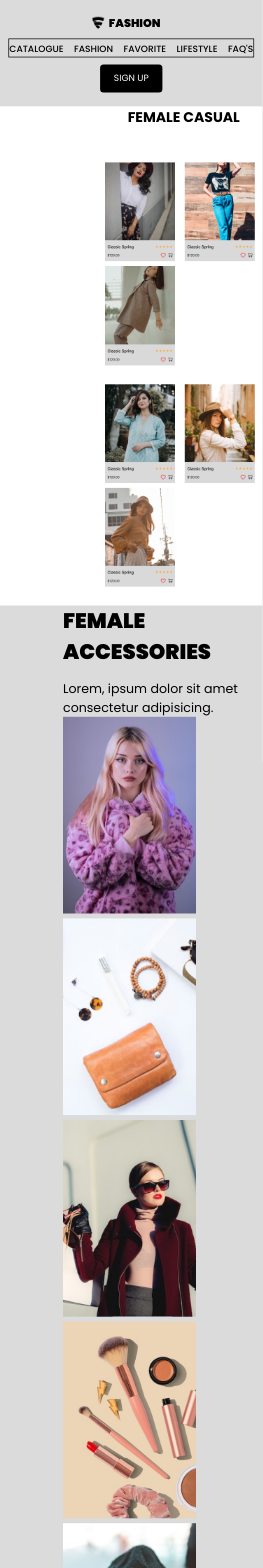
Repository: isaacCodes1/My-Project
Page: lifestyle.html
An editor plug-in stored every save of this project. The page is shown before and after the next save, followed by the edit.
The browser window is 375 px wide. The pictures show the part of the page from y = 0 to 2240 px (the page is 2752 px tall before and 3007 px after), at 70% of full size.

Above is the page before, as saved 2024-03-21 18:28:30.

### lifestyle.html
<!DOCTYPE html>
<html lang="en">
  <head>
    <meta charset="UTF-8" />
    <meta name="viewport" content="width=device-width, initial-scale=1.0" />
    <link rel="stylesheet" href="style.css" />
    <link rel="stylesheet" href="Media query.css" />
    <title>Lifestyle Page</title>
  </head>
  <body>
    <main>
      <header>
        <nav>
          <!--------- NavItems ------->
          <div class="image">
            <a href="index.html"
              ><img src="/Assets/Pics/Vector (3).png" />FASHION</a
            >
          </div>
          <div class="navItems">
            <ul>
              <li><a href="catalogue.html">CATALOGUE</a></li>
              <li><a href="fashion.html">FASHION</a></li>
              <li><a href="favourite.html">FAVORITE</a></li>
              <li>
                <a style="color: #000" href="lifestyle.html">LIFESTYLE</a>
              </li>
              <li><a href="FAQ.html">FAQ'S</a></li>
            </ul>
            <a href="form.html"><button>SIGN UP</button></a>
          </div>
        </nav>
      </header>
    </main>
    <section class="faetured">
      <div class="featuredTxt">
        <h1>FEMALE CASUAL</h1>
      </div>
      <div class="featuredImg">
        <img src="/Assets/Group 307.png" alt="" />
        <img src="/Assets/Group 308.png" alt="" />
        <img src="/Assets/Group 309.png " alt="" />
      </div>
    </section>
    <section class="faetured">
      <div class="featuredImg">
        <img src="/Assets/Group 310.png" alt="" />
        <img src="/Assets/Group 311.png" alt="" />
        <img src="/Assets/Group 312.png" alt="" />
      </div>
    </section>
    <section class="foot">
        <div class="genFoot">
          <div class="footTxt">
            <h1>FEMALE ACCESSORIES</h1>
            <p>Lorem, ipsum dolor sit amet consectetur adipisicing.</p>
          </div>
          <div class="footImg">
            <img src="/Assets/Purple girl.png" alt="" />
            <img src="/Assets/tools.png" alt="" />
            <img src="/Assets/Classy.png" alt="" />
            <img src="/Assets/Paint brush.png" alt="" />
            <img src="/Assets/Head.png" alt="" />
            <img src="/Assets/Heels.png" alt="" />
          </div>
        </div>
      </section>
  </body>
</html>

### style.css
@import url("https://fonts.googleapis.com/css2?family=Poppins:ital,wght@0,100;0,200;0,300;0,400;0,500;0,600;0,700;0,800;0,900;1,100;1,200;1,300;1,400;1,500;1,600;1,700;1,800;1,900&display=swap");
* {
  margin: 0;
  padding: 0;
  box-sizing: border-box;
  font-family: "Poppins", sans-serif;
}
nav {
  display: flex;
  align-items: center;
  justify-content: space-between;
  width: 100%;
  padding: 20px 40px;
}

.image a {
  display: flex;
  align-items: center;
  gap: 6px;
  text-decoration: none;
  color: #000;
  font-size: 16px;
  font-weight: 900;
}
.image a img {
  width: 16%;
}
.navItems {
  display: flex;
  gap: 30px;
  align-items: center;
}
.navItems ul {
  display: flex;
  gap: 30px;
  list-style: none;
}
.navItems ul li a {
  text-decoration: none;
  color: #000;
  font-size: 16px;
  font-weight: 500;
}
.navItems ul li a:hover {
  transform: scale(1.05);
  color: #ebd96b;
  font-style: italic;
  border: 1px solid #000;
  transition: 1s ease-in-out;
}
.navItems button {
  border: 0;
  background: #000;
  padding: 10px 20px;
  color: #fff;
  border-radius: 5px;
  font-size: 13px;
}
.navItems button:hover {
  transform: scale(1.05);
  transition: 1s ease-in-out;
  color: #000;
  background: rgb(137, 136, 136);
}
.welcome {
  font-size: 30px;
  font-weight: 900;
  font-style: oblique;
}
.firstPageCont {
  padding: 20px 40px;
}
.FirstPage {
  display: flex;
  flex: 1;
  width: 100%;
  height: 90vh;
  padding: 40px 10px 0px 10px;
  border-radius: 30px;
  background: #f4f6f5;
}
.txtCont {
  display: flex;
  flex: 0.5;
  flex-direction: column;
  gap: 10px;
  padding-left: 40px;
}

.txtCont h1 {
  font-size: 64px;
  font-weight: 900;
  width: 50%;
  line-height: 75px;
}

.txtCont p {
  font-size: 20px;
}
.txtBtn {
  display: flex;
  align-items: center;
  width: 80%;
  margin-top: 10px;
  gap: 10px;
}
.btns {
  border: 0;
  background: #000;
  padding: 10px 20px;
  color: #fff;
  border-radius: 5px;
  font-size: 19px;
}
.btns:hover {
  transform: scale(1.05);
  transition: 1s ease-in-out;
  color: #000;
  background: rgb(137, 136, 136);
}
.txtBtn img {
  width: 100px;
}
.imgCont {
  flex: 0.5;
  display: flex;
  position: relative;
}
.star1 {
  position: absolute;
  top: 5px;
  left: 10px;
}
.star1 img {
  width: 30px;
}
.star2 {
  position: absolute;
  top: 20px;
  left: 450px;
}
.star2 img {
  width: 30px;
}
.star3 {
  position: absolute;
  bottom: 10px;
  left: 70px;
}
.star3 img {
  width: 30px;
}
.star4 {
  position: absolute;
  bottom: 20px;
  left: 400px;
}
.star4 img {
  width: 30px;
}
.spn1 {
  display: flex;
  align-items: center;
  background-image: url(/Assets/Pics/rectangle1.png);
  background-size: cover;
  background-repeat: no-repeat;
  width: 100%;
  padding-left: 20px;
}
.spn2 {
  background-image: url(/Assets/Pics/Rectangle2.png);
  background-size: cover;
  background-repeat: no-repeat;
  padding-right: 50px;
  padding-left: 20px;
}
/* next Page */
.firstPageFooter {
  background: #ebd96b;
  padding: 20px 10px;
  display: flex;
  align-items: center;
  justify-content: center;
}
.logoCont {
  display: flex;
  justify-content: center;
  gap: 100px;
}
.logoCont img {
  width: 7%;
}
.nextPageCont {
  margin-top: 20px;
  padding: 20px 40px;
  display: flex;
  flex-direction: column;
  gap: 55px;
  margin-bottom: 50px;
}
.nextPageText {
  position: relative;
}
.nextPageText h1 {
  font-size: 38px;
  letter-spacing: 1px;
  font-weight: 900;
}
.nextPageText img {
  position: absolute;
  bottom: 5px;
  left: 200px;
  width: 10%;
  z-index: -1;
}
.prettyImages {
  display: flex;
  gap: 35px;
}

.prettyImg img {
  width: 100%;
}
.payDay {
  background: linear-gradient(
    1.32deg,
    #e0c340 0.13%,
    #dfc23e 3.97%,
    #e1c441 7.2%,
    #e3c743 10.13%,
    #e4c542 12.98%,
    #e6c744 15.99%,
    #e7c845 19.52%,
    #e5c643 23.96%,
    #e6c945 30.43%,
    #e3c743 36.49%,
    #e9ca48 42.49%,
    #edce49 49.35%,
    #f0d44c 55.42%,
    #f4d84f 61.43%,
    #f6da52 65.74%,
    #f7db53 72.23%,
    #f9dd55 77.43%,
    #f9df56 83.84%,
    #fae157 91.52%,
    #f9df56 97.87%
  );
}
.yellowTxt {
  flex-direction: column;
  margin-bottom: 10px;
}
.yellowTxt h1 {
  font-size: 65px;
  font-weight: 900;
}
.yellowTxt p {
  font-size: 22px;
  font-weight: 500;
}

.yellowImg img {
  flex: 0.5;
  display: flex;
  width: 600px;
  position: relative;
}

.genDiv {
  display: flex;
  align-items: center;
}
.btn1 {
  border: 0;
  background: #000;
  padding: 15px 25px;
  color: #fff;
  border-radius: 5px;
  font-size: 18px;
  font-weight: 500;
}
.btn:hover {
  transform: scale(1.05);
  transition: 1s ease-in-out;
  color: #000;
  background: rgb(137, 136, 136);
}
.spn3 {
  display: flex;
  background-image: url(/Assets/rectangle1.png);
  background-size: cover;
  background-repeat: no-repeat;
  width: 300px;
}
.nxtSect {
  margin-top: 20px;
  padding: 20px 40px;
  display: flex;
  flex-direction: column;
  gap: 50px;
  margin-bottom: 50px;
}
.Images2 {
  display: flex;
}
.prettyImg2 {
  position: relative;
}
.prettyImg2 img {
  width: 70;
  height: 500px;
  margin-left: 70px;
}
.nextPageCont2 {
  margin-top: 20px;
  padding: 20px 40px;
  display: flex;
  gap: 50px;
  margin-bottom: 50px;
  display: flex;
  justify-content: space-between;
  align-items: center;
}
.nextPageText2 {
  display: flex;
  flex-direction: column;
  margin-left: 50px;
}
.nextPageText2 p {
  margin-bottom: 30px;
  color: #898a89;
}
.nextPageText2 h1 {
  font-size: 30px;
  letter-spacing: 1px;
  font-weight: 900;
}
.nextPageText2 img {
  width: 30%;
  cursor: pointer;
  display: flex;
}
.store {
  display: flex;
  justify-content: space-between;
}
.store a img {
  width: 140px;
  gap: 50px;
}
.circle1 {
  position: absolute;
  right: 350px;
  bottom: 500px;
}
.circle1 img {
  width: 15px;
  height: 15px;
  display: flex;
}
.circley {
  position: absolute;
  right: 0;
  bottom: 470px;
}
.circley img {
  width: 30px;
  height: 30px;
}
.circleye {
  position: absolute;
  right: 400px;
  bottom: 60px;
}
.circleye img {
  width: 17px;
  height: 17px;
}
.circle2 {
  position: absolute;
  right: 0;
  bottom: 100px;
}
.circle2 img {
  width: 10px;
  height: 10px;
}
.elipses {
  position: absolute;
}
.bigC {
  position: absolute;
  right: -12px;
  bottom: 100px;
  z-index: -1;
}
.bigC img {
  width: 300px;
  height: 300px;
  background: transparent;
}

.largeC {
  position: absolute;
  right: -41px;
  bottom: 70px;
  z-index: -1;
}
.largeC img {
  width: 360px;
  height: 360px;
  /* background: transparent; */
}
.largeC1 {
  position: absolute;
  right: -70px;
  bottom: 50px;
  z-index: -1;
}
.largeC1 img {
  width: 420px;
  height: 400px;
}
.footerDiv {
  background: #e5c643;
  padding-bottom: 170px;
}
.h1footer {
  color: #fff;
  text-align: center;
  padding-top: 50px;
  font-size: 30px;
  font-weight: 1000;
}
.pFooter {
  display: flex;
  flex-direction: column;
  justify-content: center;
  align-items: center;
  text-align: center;
  color: #fff;
  font-size: 30px;
}

.input {
  background: #fff;
  width: 40%;
  padding: 5px 0px;
  border-radius: 10px;
}
.input input {
  background: none;
  border: 0;
  padding: 13px 0px 13px 0px;
  width: 76%;
  font-size: 17px;
  outline: 0;
}
.input a {
  font-size: 20px;
  text-decoration: 0;
  color: #fff;
  background: #000;
  padding: 10px 30px;
  border-radius: 5px;
}
.input a:hover {
  transform: scale(1.05);
  transition: 1s ease-in-out;
  color: #000;
  background: rgb(137, 136, 136);
}
.alert {
  border: 1px solid;
  text-decoration: none;
  font-size: 15px;
  background: blue;
  color: #fff;
  border-top-left-radius: 15px;
}
.alert:hover {
  background: black;
  color: #fff;
  border-top-left-radius: 5px;
  transition: 1s ease-in-out;
}
.footDiv {
  display: flex;
  background: #000;

  place-items: center;
  padding: 100px;
}

.footTxt {
  display: flex;
  flex-direction: column;
  gap: 15px;
}
.footTxt h1 {
  color: #fff;
  font-size: 30px;
  font-weight: 900;
}
.footTxt p {
  color: #777;
  font-size: 18px;
}
.socialIcons {
  display: flex;
  gap: 20px;
}

.icon {
  background: #ebd96b;
  width: 30px;
  display: flex;
  align-items: center;
  justify-content: center;
  height: 30px;
  border-radius: 8px;
}
.icon img {
  display: flex;
  align-items: center;
  width: 40px;
  place-items: center;
}
.btn33 {
  background: #000;
  color: #fff;
  padding: 15px;
  border-radius: 7px;
  border: 1px;
  font-size: 16px;
  transition: 1s ease-in-out;
}
.btn33:hover {
  color: #000;
  background: #dbdbdb;
}
.links {
  margin-left: 150px;
  padding-right: 20px;
  margin-bottom: 50px;
}
.links1 a {
  color: #fff;
  font-size: 18px;
  text-decoration: none;
}
.links2 a {
  text-decoration: none;
  color: #777;
  font-size: 11px;
}
.links1 {
  display: flex;
  flex-direction: column;
  color: #fff;
  font-size: 18px;
  margin-top: 0px;
}
.links2 {
  color: #777;
  font-size: 11px;
  padding-top: 5px;
}
.faetured {
  margin-bottom: 20px;
}
.faetured1 {
  margin-bottom: 50px;
}
.featuredTxt h1 {
  font-size: 40px;
  margin-left: 150px;
  margin-bottom: 50px;
}
.featuredImg {
  margin-left: 150px;
}
.featuredImg img {
  margin-right: 10px;
}
.welcome1 {
  font-size: 18px;
  font-weight: bold;
  font-style: italic;
}
.bee {
  margin-bottom: 40px;
}
.beeGen {
  background: url(/Assets/Background.png);
  background-repeat: no-repeat;
  display: flex;
}
.beetxt {
  color: #fff;
  margin-top: 70px;
}
.beetxt h1 {
  font-size: 30px;
  text-align: center;
}
.beetxt p {
  text-align: center;
  font-size: 15px;
}
.bbtn {
  border: 1px #fff;
  padding: 1px;
  font-size: 14px;
  margin-left: 200px;
  background: rgba(58, 56, 56, 0.274);
  transition: 1s ease-in-out;
}
.bbtn:hover {
  color: #000;
  background: #fff;
  transform: scale(1.05);
}
.sign {
  text-decoration: none;
}
.button2 {
  background-color: white;
  color: black;
  border-radius: 10em;
  font-size: 17px;
  font-weight: 600;
  padding: 1em 2em;
  cursor: pointer;
  transition: all 0.3s ease-in-out;
  border: 1px solid black;
  box-shadow: 0 0 0 0 black;
}

.button2:hover {
  transform: translateY(-4px) translateX(-2px);
  box-shadow: 2px 5px 0 0 black;
}

.button2:active {
  transform: translateY(2px) translateX(1px);
  box-shadow: 0 0 0 0 black;
}
.genFoot {
  background: #dbdbdb;
  padding-left: 90px;
}
.footTxt h1 {
  color: #000;
}
.footTxt p {
  color: #000;
}

### Media query.css
@media (max-width: 488px) {
  nav {
    flex-direction: column;
    gap: 10px;
    background: #dbdbdb;
  }
  .navItems {
    flex-direction: column;
    gap: 10px;
    color: #fff;
  }
  .navItems ul {
    gap: 15px;
    color: #fff;
    border: 1px solid #000;
  }
  .navItems ul li a {
    font-size: 13px;
  }
  .welcome {
    font-size: 20px;
  }
  .firstPageCont {
    padding: 0px;
  }
  .FirstPage {
    flex-direction: column;
    height: auto;
    padding: 0px;
  }

  .txtCont h1 {
    font-size: 50px;
    width: 100%;
  }
  .txtCont p {
    font-size: 15px;
  }
  .btns {
    font-size: 12px;
    margin-bottom: 20px;
  }
  .imgCont {
    flex-direction: column;
    width: 100%;
    display: none;
  }
  .spn1 {
    display: flex;
    align-items: center;
    background-image: url(/Assets/Pics/rectangle1.png);
    background-size: cover;
    background-repeat: no-repeat;
    width: 60%;
  }
  .spn2 {
    background-image: url(/Assets/Pics/Rectangle2.png);
    background-size: cover;
    background-repeat: no-repeat;
  }
  .logoCont {
    display: flex;
    justify-content: center;
    gap: 20px;
  }
  .logoCont img {
    width: 10%;
  }
  .prettyImages {
    display: flex;
    flex-direction: column;
  }
  .nextPageText img {
    position: absolute;
    bottom: 10px;
    left: 120px;
    width: 30%;
    z-index: -1;
  }
  .cardsContainer {
    display: flex;
    flex-direction: column;
    gap: 20px;
  }
  .genDiv {
    display: flex;
    flex-direction: column;
  }
  .yellowImg img {
    width: 100%;
  }
  .yellowTxt h1 {
    font-size: 40px;
  }
  .spn3 {
    width: 200px;
  }
  .yellowTxt p {
    font-size: 15px;
  }
  .btn {
    font-size: 12px;
  }
  .nextPageCont2 {
    display: flex;
    flex-direction: column;
    margin-bottom: 10px;
  }
  .nextPageText2 {
    margin-left: 0;
  }
  .nextPageText2 h1 {
    font-size: 25px;
  }
  .prettyImg2 {
    display: none;
  }
  .footerDiv {
    margin-left: 0;
  }
  .h1footer {
    font-size: 11px;
    text-align: 20px;
  }
  .pFooter p {
    font-size: 10px;
    margin-bottom: 2 0px;
  }
  .input {
    width: 90%;
  }
  .input::placeholder {
    font-size: 12px;
  }
  .input a {
    font-size: 5px;
  }
  .footDiv {
    display: flex;
    flex-direction: column;
    align-items: center;
  }
  .links {
    margin-left: 5px;
  }
  .icon {
    margin-bottom: 20px;
  }
  .icon img {
    width: 30px;
  }
  .links1 a {
    font-size: 15px;
  }
  .featuredTxt h1 {
    font-size: 20px;
    text-align: center;
  }
  .featuredImg img {

    width: 100px;
  }
}

After the next save:
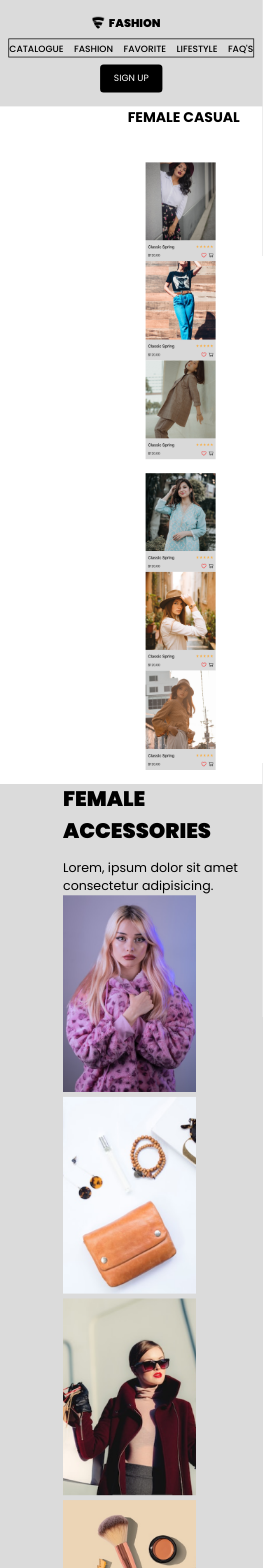
Saved 7 s later.
--- a/Media query.css
+++ b/Media query.css
@@ -156,8 +156,13 @@
     font-size: 20px;
     text-align: center;
   }
+  .featuredImg {
+    display: flex;
+    flex-direction: column;
+    align-items: center;
+    justify-content: center;
+  }
   .featuredImg img {
-
     width: 100px;
   }
 }
